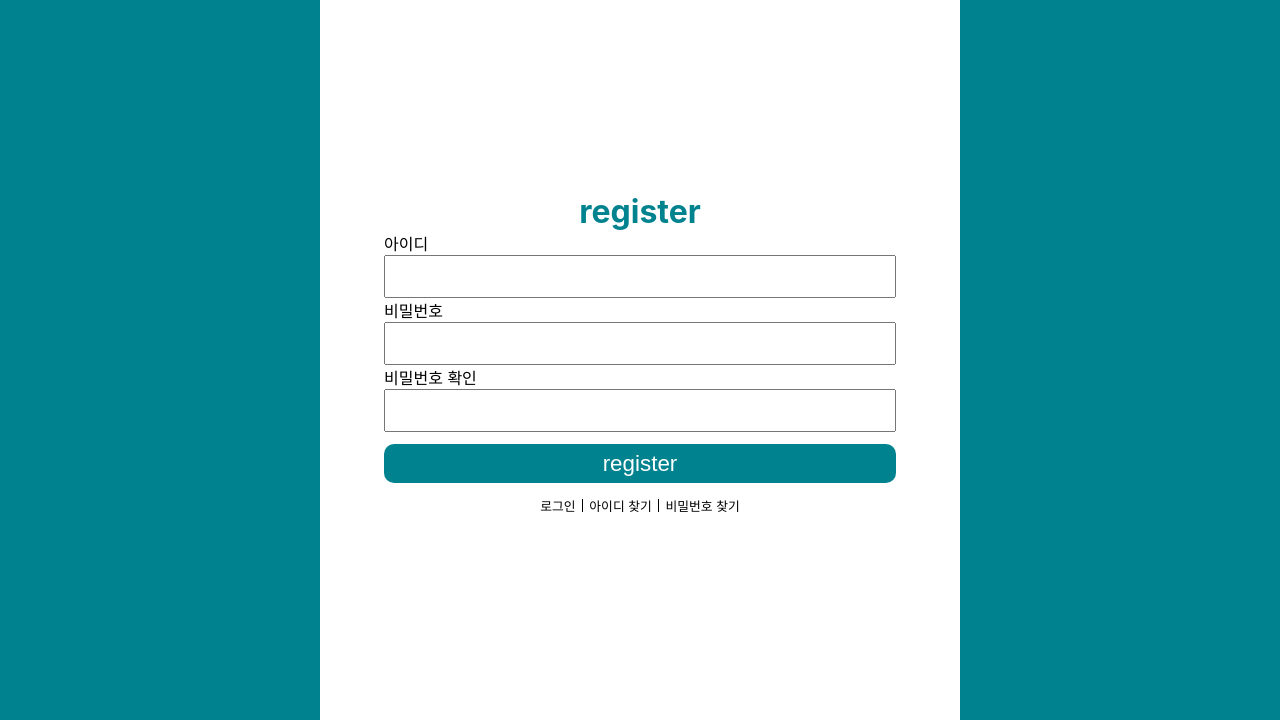
Repository: SeungYn/ticktickup-client
Page: /register
The author's editor kept a copy of each file at every save. The page is drawn from the files as they stood at one save, then again after the next save.
The browser window is 1280 px wide. The pictures show the whole page.
The project was rebuilt for these pictures with package versions that can differ from the ones it lists, and the page was loaded fresh each time. Also part of the build but not shown: src/App.tsx, src/pages/Main.tsx, src/pages/TimeDetail.tsx, src/pages/MyInfo.tsx, src/components/common/ConfirmModal.tsx, src/containers/auth/LoginFormContainer.tsx, src/pages/LoginPage.tsx.

Above is the page before, as saved 2023-01-04 01:09:18.

After the next save:
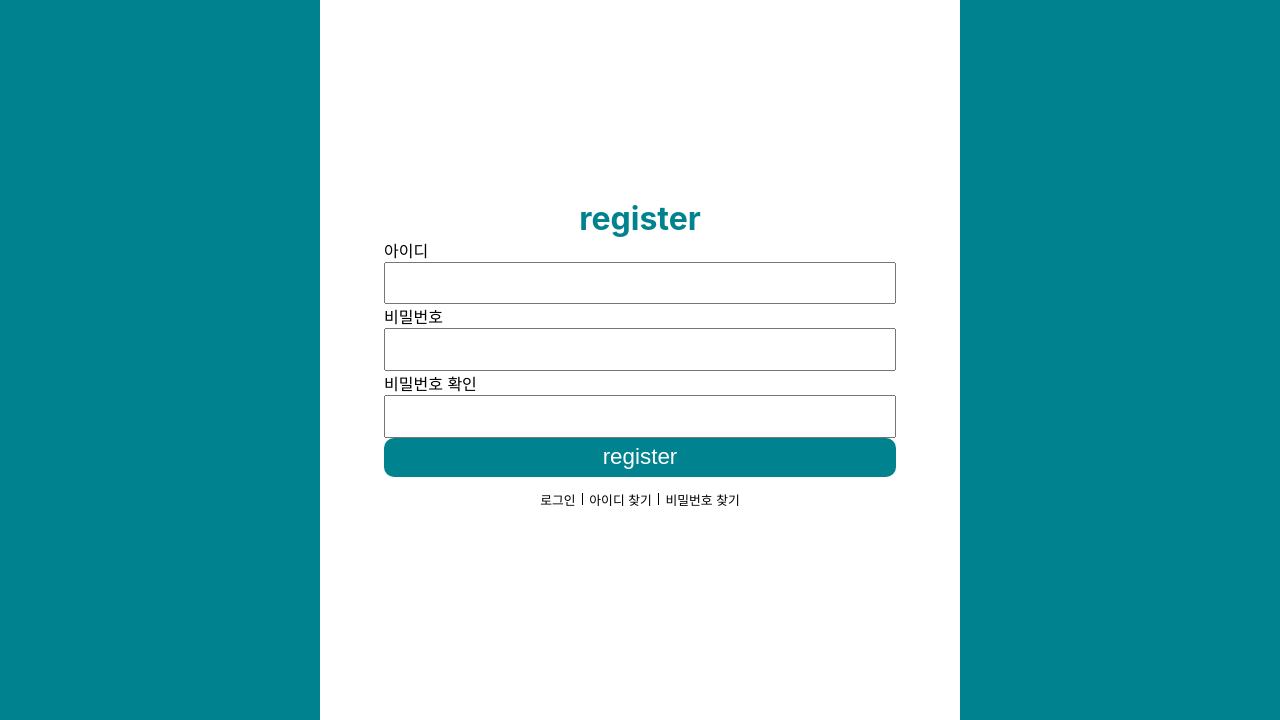
Saved 25 s later.
--- a/src/components/common/AuthBtn.tsx
+++ b/src/components/common/AuthBtn.tsx
@@ -13,7 +13,7 @@ const StyledInput = styled.button`
   border-radius: 10px;
   padding: 0.4rem 0;
   color: white;
-  margin-top: 0.8rem;
+
   &:hover {
     cursor: pointer;
   }
